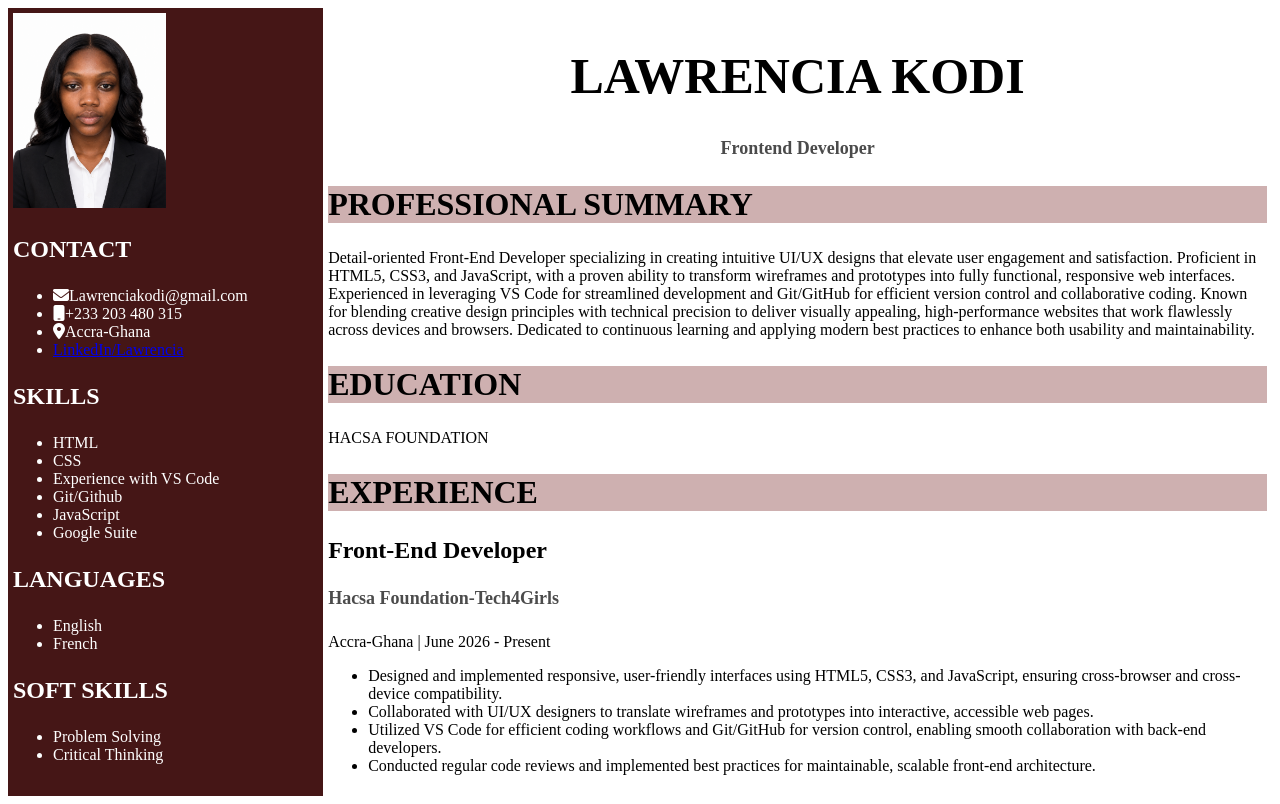
Repository: lawrencia-coder/T4G_CV
Page: index.html
These files come from the project's save history. The page is drawn as it stood at one moment and after a run of saves; the edit follows.
The browser window is 1280 px wide. The pictures show the whole page.
Some icons come from a web library that is not loaded, so they are not drawn. Some web libraries are served in a nearby version.

Above is the page before, as saved 2026-07-15 08:06:16.

### index.html
<!DOCTYPE html>
<html lang="en">
<head>
    <meta charset="UTF-8">
    <meta name="viewport" content="width=device-width, initial-scale=1.0">
    <script src="https://kit.fontawesome.com/c72fc9c022.js" crossorigin="anonymous"></script>
    <title>T4G_CV</title>
    <link rel="stylesheet" href="style.css">
</head>
<body>
    <div class="cv-container">
        <div class="left-column">
            <img src="images/passport pic 1.png" alt="" width="50%" height="25%">
            <h3>CONTACT</h3>
             <p>
              <ul>
                <li><i class="fa-solid fa-envelope" style="color: rgb(255, 255, 255);"></i>Lawrenciakodi@gmail.com</li>
                <li><i class="fa-solid fa-mobile" style="color: rgb(255, 255, 255);"></i>+233 203 480 315</li>
                <li><i class="fa-solid fa-location-dot" style="color: rgb(255, 255, 255);"></i>Accra-Ghana</li>
                <li><i class="fa-brands fa-square-linkedin" style="color: rgb(255, 255, 255);"></i><a href="www.linkedin.com/in/lawrencia-kodi-192a71305" target="_blank" rel="noopener noreferrer">LinkedIn/Lawrencia</a></li>
              </ul>
             </p>

            <h3>SKILLS</h3>
             <p>
                <ul>
                    <li>HTML</li>
                    <li>CSS</li>
                    <li>Experience with VS Code</li>
                    <li>Git/Github</li>
                    <li>JavaScript</li>
                    <li>Google Suite</li>
                </ul>
             </p>

             <h3>LANGUAGES</h3>
             <p>
                <ul>
                    <li>English</li>
                    <li>French</li>
                </ul>
             </p>

             <h3>SOFT SKILLS</h3>
             <p>
                <ul>
                    <li>Problem Solving</li>
                    <li>Critical Thinking</li>

                </ul>
             </p>
        </div>
         <div class="right-column">
             <h1>LAWRENCIA KODI  </h1>
             <h4 style="text-align: center;">Frontend Developer</h4>
             <h2>PROFESSIONAL SUMMARY</h2>
              <p>Detail-oriented Front-End Developer specializing in creating intuitive UI/UX designs that elevate user engagement and satisfaction.
                 Proficient in HTML5, CSS3, and JavaScript, with a proven ability to transform wireframes and prototypes into fully functional, responsive web interfaces.
                 Experienced in leveraging VS Code for streamlined development and Git/GitHub for efficient version control and collaborative coding.
                 Known for blending creative design principles with technical precision to deliver visually appealing, high-performance websites that work flawlessly across devices and browsers.
                 Dedicated to continuous learning and applying modern best practices to enhance both usability and maintainability.
                </p>

                <h2>EDUCATION</h2>
                <p>HACSA FOUNDATION</p>


                <h2>EXPERIENCE</h2>
                <p>
                    <h3>Front-End Developer</h3>
                    <h4>Hacsa Foundation-Tech4Girls </h4>
                    <p2>Accra-Ghana   |   June 2026 - Present</p2>
                </p>
                 <p>
                    <ul>
                        <li>Designed and implemented responsive, user-friendly interfaces using HTML5, CSS3, and JavaScript, ensuring cross-browser and cross-device compatibility.</li>
                        <li>Collaborated with UI/UX designers to translate wireframes and prototypes into interactive, accessible web pages.</li>
                        <li>Utilized VS Code for efficient coding workflows and Git/GitHub for version control, enabling smooth collaboration with back-end developers.</li>
                        <li>Conducted regular code reviews and implemented best practices for maintainable, scalable front-end architecture.</li>
                    </ul>
                 </p>
         </div>
    </div>

</body>
</html>

### style.css
/* styling headings */
h1{
    text-align: center;
    font-size: 50px;
    margin-bottom: none;
}

h4{
    opacity: calc(70%);
    font-size: large;
}

h2{
    background-color: rgb(206, 176, 176);
    font-size: xx-large;
}

h3{
    font-size: x-large;
}

h5{
font-size: large;
opacity: 80%;
display: flex;
flex-direction: row;
}

h6{
align-self: flex-end;
}


/* styling cv-container */
.cv-container{
    display: flex;
    width: 100%;
    min-height: 100vh;
}

.left-column{
width: 26%;
background-color: rgb(69, 22, 22);
color: white;
padding: 5px;
}

.right-column{
    width: 80%;
    background-color: white;
    color: black;
    padding: 5px;
}

After the next 2 saves:
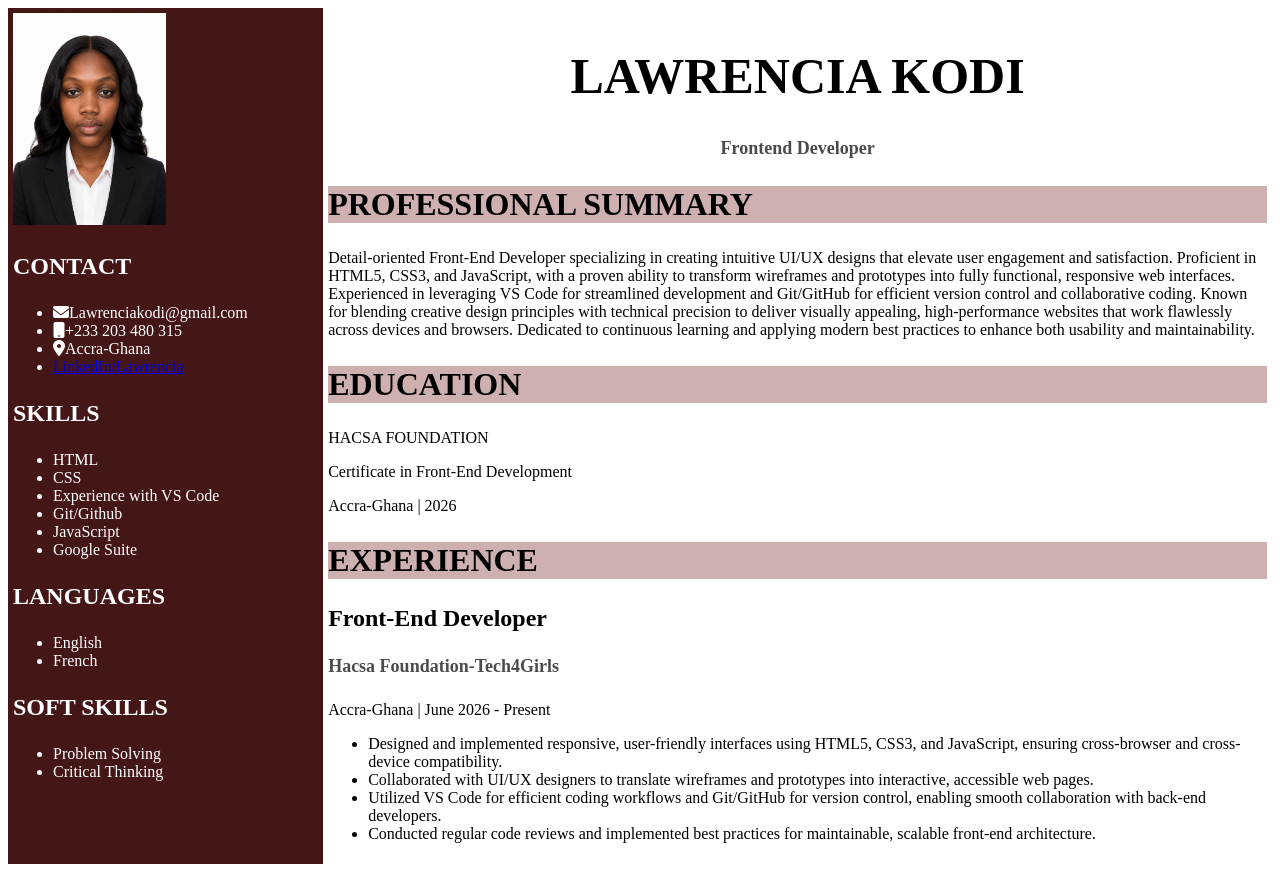
The 2 saves are shown as one change because they came seconds apart.
The last was saved 8 s later.
--- a/index.html
+++ b/index.html
@@ -63,7 +63,8 @@
 
                 <h2>EDUCATION</h2>
                 <p>HACSA FOUNDATION</p>
-
+                <p>Certificate in Front-End Development</p>
+                <p>Accra-Ghana   |   2026</p>
 
                 <h2>EXPERIENCE</h2>
                 <p>
